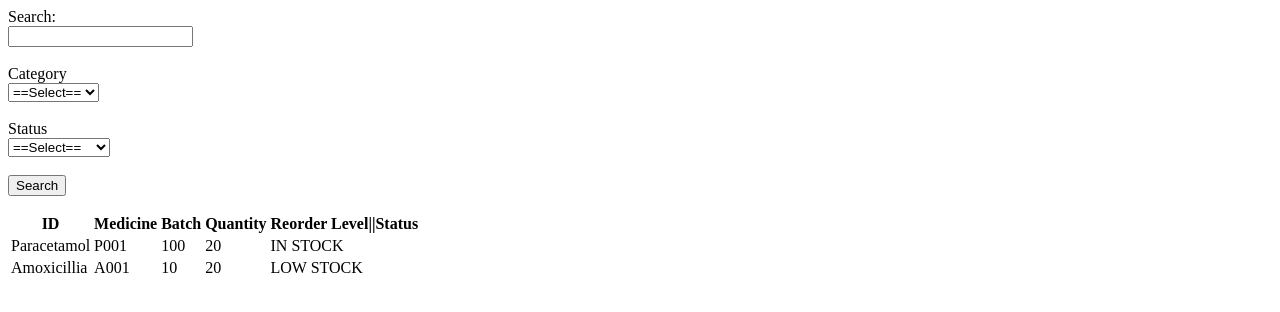
Repository: AbHiShEk200428/Medicine-Manager
Page: inventory.html
These files come from the project's save history. The page is drawn as it stood at one moment and after the next save; the edit follows.
The browser window is 1280 px wide. The pictures show the whole page.

Above is the page before, as saved 2026-10-28 17:32:22.
Console error: ReferenceError: $ is not defined

After the next save:
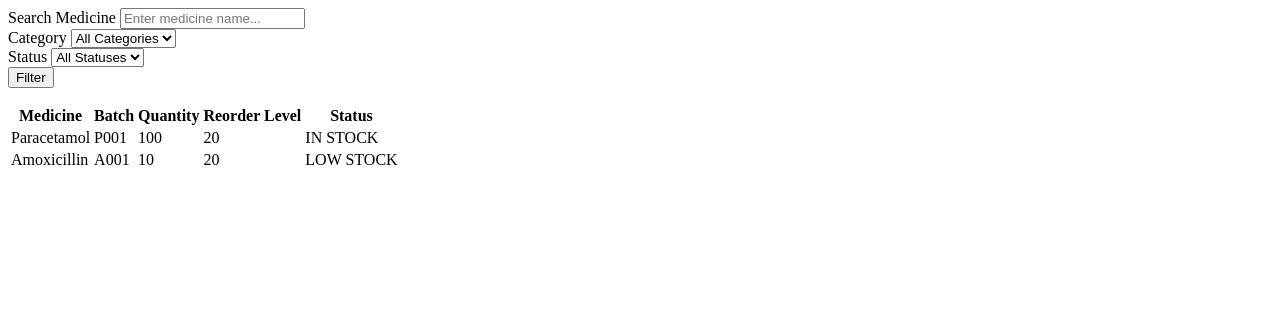
Saved 98 s later.
--- a/inventory.html
+++ b/inventory.html
@@ -1,65 +1,65 @@
-
-
-<div style="text-align: left;">
-        <div>
-         <label for="">Search:</label> <br>
-        <input type="text" id="Search_input">
+<div class="container py-3">
+    <!-- Search & Filter Card -->
+    <div class="card p-3 mb-4 shadow-sm">
+        <div class="row g-3 align-items-end">
+            <div class="col-md-4">
+                <label for="inv_search_input" class="form-label fw-semibold">Search Medicine</label>
+                <input type="search" id="inv_search_input" class="form-control focus-ring" placeholder="Enter medicine name...">
+            </div>
+            <div class="col-md-3">
+                <label for="inv_category" class="form-label fw-semibold">Category</label>
+                <select id="inv_category" class="form-select focus-ring">
+                    <option value="all">All Categories</option>
+                    <option value="painkillers">Painkillers</option>
+                    <option value="antibiotics">Antibiotics</option>
+                </select>
+            </div>
+            <div class="col-md-3">
+                <label for="inv_status" class="form-label fw-semibold">Status</label>
+                <select id="inv_status" class="form-select focus-ring">
+                    <option value="all">All Statuses</option>
+                    <option value="in stock">In Stock</option>
+                    <option value="low stock">Low Stock</option>
+                </select>
+            </div>
+            <div class="col-md-2">
+                <button type="button" id="inv_search_btn" class="btn btn-info w-100">Filter</button>
+            </div>
+        </div>
+        <p id="inv_search_validity" class="text-danger small mt-2 mb-0"></p>
     </div>
 
-<br>
-    <div>
-        <label for="">Category</label> <br>
-        <select name="" id="Select_Category">
-            <option value="None">==Select==</option>
-            <option value="Painkillers">Painkillers</option>
-            <option value="Antibiotics">Antibiotics</option>
-        </select>
+    <!-- Table -->
+    <div class="table-responsive">
+        <table id="Inventory_Table" class="table table-hover text-center text-nowrap table-bordered align-middle">
+            <thead class="table-dark">
+                <tr>
+                    <th scope="col">Medicine</th>
+                    <th scope="col">Batch</th>
+                    <th scope="col">Quantity</th>
+                    <th scope="col">Reorder Level</th>
+                    <th scope="col">Status</th>
+                </tr>
+            </thead>
+            <tbody>
+                <tr>
+                    <td>Paracetamol</td>
+                    <td>P001</td>
+                    <td>100</td>
+                    <td>20</td>
+                    <td><span class="badge bg-success">IN STOCK</span></td>
+                </tr>
+                <tr>
+                    <td>Amoxicillin</td>
+                    <td>A001</td>
+                    <td>10</td>
+                    <td>20</td>
+                    <td><span class="badge bg-danger">LOW STOCK</span></td>
+                </tr>
+            </tbody>
+        </table>
     </div>
-
-<br>
-    <div>
-        <label for="Select_Status">Status</label><br>
-        <select name="" id="Select_Status">
-            <option value="None">==Select==</option>
-            <option value="IN STOCK">IN STOCK</option>
-            <option value="LOW STOCK">LOW STOCK</option>
-        </select>
-    </div>
-
-    <br>
-    <button type="button" id="Search_Btn">Search</button>
 </div>
-    <p id="Search_validity"></p>
-
-
-
-    <table id="Inventory_Table">
-    <thead>
-        <tr>
-            <th>ID</th>
-            <th>Medicine</th>
-            <th>Batch</th>
-            <th>Quantity</th>
-            <th>Reorder Level||Status</th>
-        </tr>
-    </thead>
-    <tbody>
-        <tr>
-            <td>Paracetamol</td>
-            <td>P001</td>
-            <td>100</td>
-            <td>20</td>
-            <td>IN STOCK</td>
-        </tr>
-        <tr>
-            <td>Amoxicillia</td>
-            <td>A001</td>
-            <td>10</td>
-            <td>20</td>
-            <td>LOW STOCK</td>
-        </tr>
-    </tbody>
-</table>
 
 <script>
     $(document).ready(function(){
